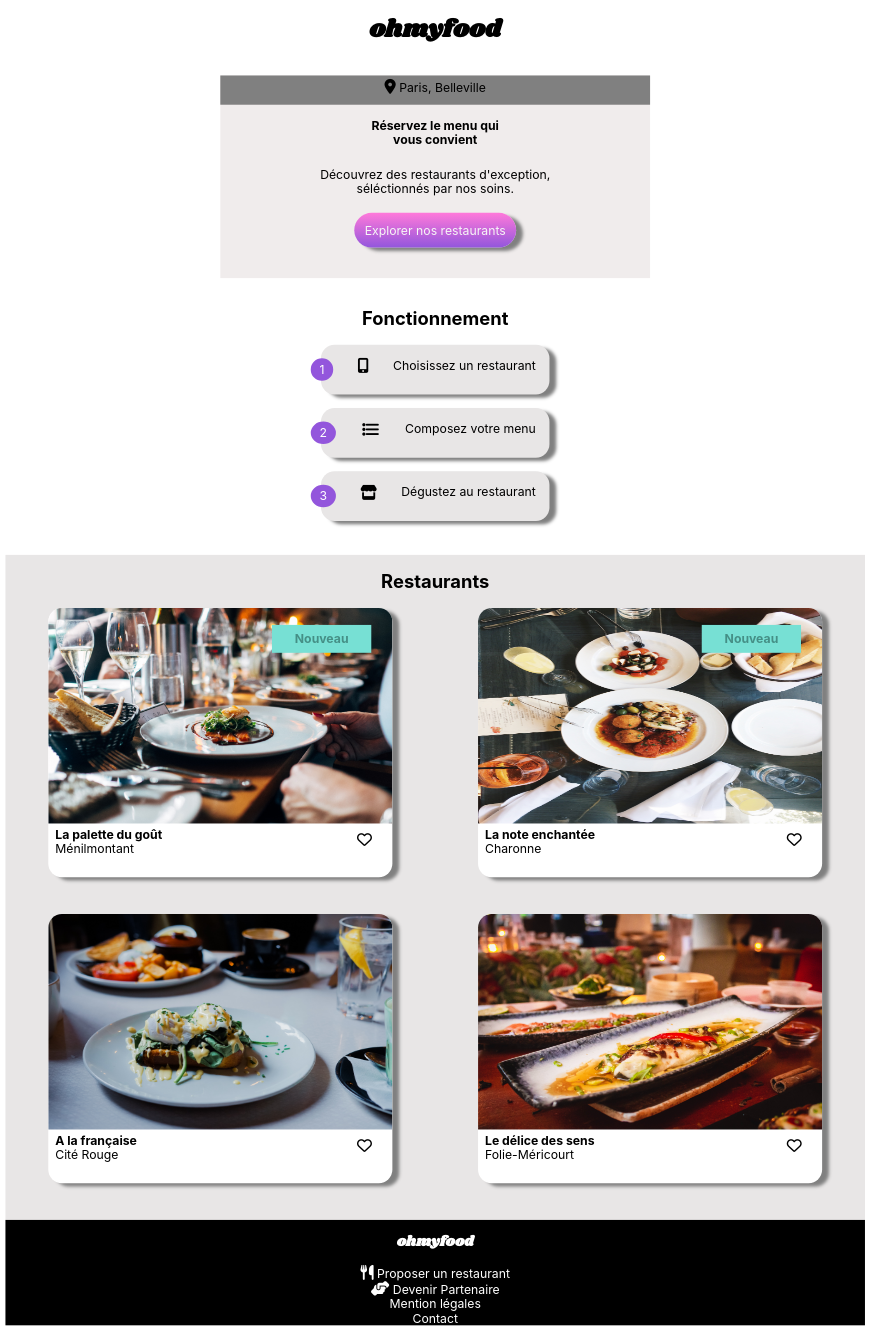
Repository: yacinebouk/ohmyfood
Page: index.html
The author's editor kept a copy of each file at every save. The page is drawn from the files as they stood at one save, then again after the next save.
The browser window is 1280 px wide. The pictures show the whole page, at 68% of full size.
Some web libraries are served in a nearby version. The style sheet was rebuilt from its Sass, Less or Tailwind sources for each picture, by a compiler version that may differ from the author's.

Above is the page before, as saved 2022-07-15 11:03:15.

After the next save:
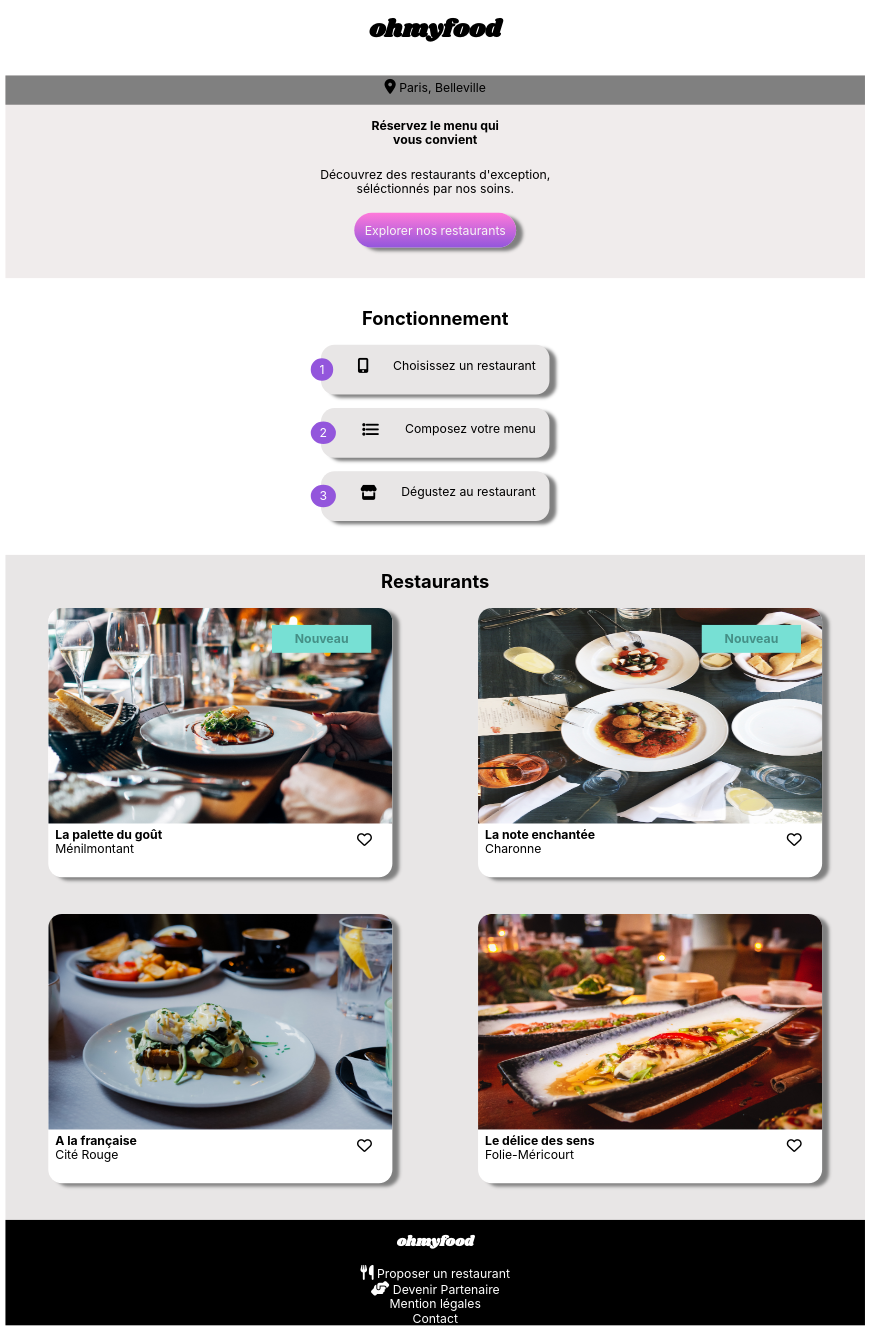
Saved 21 s later.
--- a/style/styles.scss
+++ b/style/styles.scss
@@ -46,10 +46,10 @@ header {
 }
 
 .search {
-    margin-left: 25%;
     margin-right: 25%;
     background-color: rgb(240, 236, 236);
     padding-bottom: 20px;
+    width: 100%;
 }
 
 .town {
